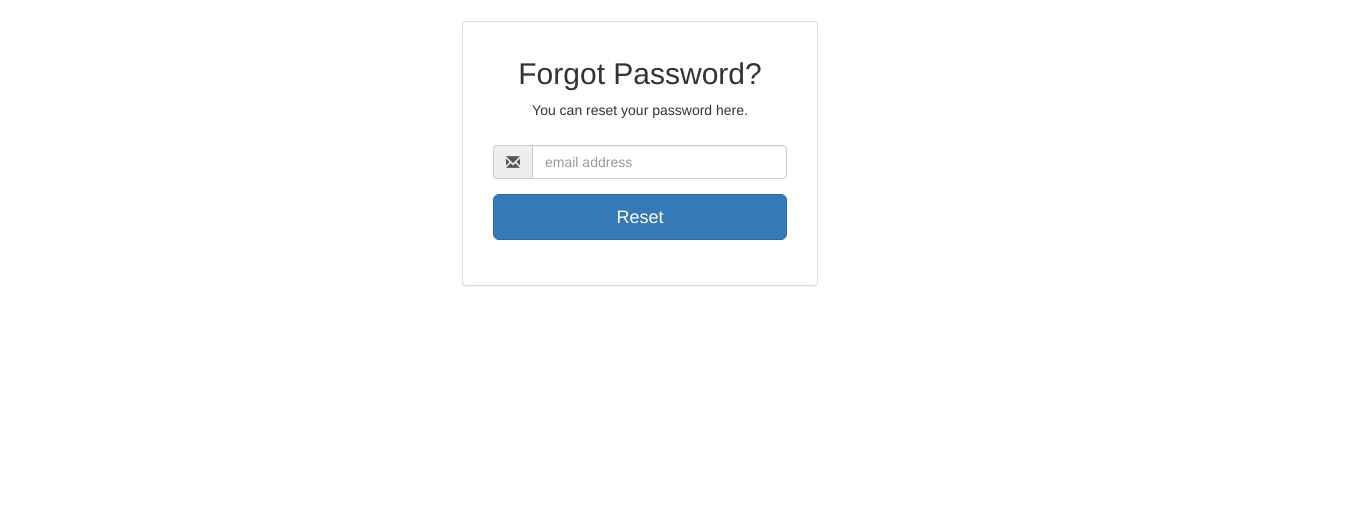
Repository: jayakumar721/projects
Page: TestEngine/WebContent/forgotpassword.html
The author's editor kept a copy of each file at every save. The page is drawn from the files as they stood at one save, then again after the next save.
The browser window is 1280 px wide. The page is 1280 px wide, then 1370 px, so the pictures cover 1370 px, including what lies to the right of the window. The pictures show the whole page.
Some web libraries are served in a nearby version.

Above is the page before, as saved 2017-11-27 07:33:22.

### TestEngine/WebContent/forgotpassword.html
<!DOCTYPE html>
<html>
<head>
<meta charset="UTF-8">
<title>forgotpassword</title>
<link rel="shortcut icon" type="image/gif" href="/home/vamsoft/Desktop/favicon_a0ef8e10e65c71ecbf9bc4a39bd8f741/animated_favicon.gif"/>
<link rel="stylesheet"
	href="https://maxcdn.bootstrapcdn.com/bootstrap/3.3.7/css/bootstrap.min.css">

<!-- jQuery library -->
<script
	src="https://ajax.googleapis.com/ajax/libs/jquery/3.2.1/jquery.min.js"></script>
<script src="vendor/jquery-validation/dist/jquery.validate.min.js"></script>

<!-- Latest compiled JavaScript -->
<script
	src="https://maxcdn.bootstrapcdn.com/bootstrap/3.3.7/js/bootstrap.min.js"></script>
<style type="text/css">
.container {
	padding: 20px;
	border-radius: 10px;
	position: absolute;
	border: 1px solid #fff;
	margin: auto;
	top: 0;
	right: 0;
	bottom: 0;
	left: 0;
}
.form-gap {
    padding-top: 70px;
}
</style>

</head>
<body>
	<div class="form-gap"></div>
	<div class="container">
		<div class="row">
			<div class="col-md-4 col-md-offset-4">
				<div class="panel panel-default">
					<div class="panel-body">
						<div class="text-center">
							<h3>
								<i class="fa fa-lock fa-4x"></i>
							</h3>
							<h2 class="text-center">Forgot Password?</h2>
							<p>You can reset your password here.</p>
							<div class="panel-body">

								<form id="register-form" role="form" autocomplete="off" action="UserValidateServlet"
									class="form" method="post">

									<div class="form-group">
										<div class="input-group">
											<span class="input-group-addon"><i
												class="glyphicon glyphicon-envelope color-blue"></i></span> <input
												id="email" name="email" placeholder="email address"
												class="form-control" type="email">
										</div>
									</div>
									<div class="form-group">
										<input name="recover-submit"
											class="btn btn-lg btn-primary btn-block"
											value="Reset" type="submit">
									</div>

									<input type="hidden" class="hide" name="token" id="token"
										value="forgot">
								</form>

							</div>
						</div>
					</div>
				</div>
			</div>
		</div>
	</div>
</body>
</html>

After the next save:
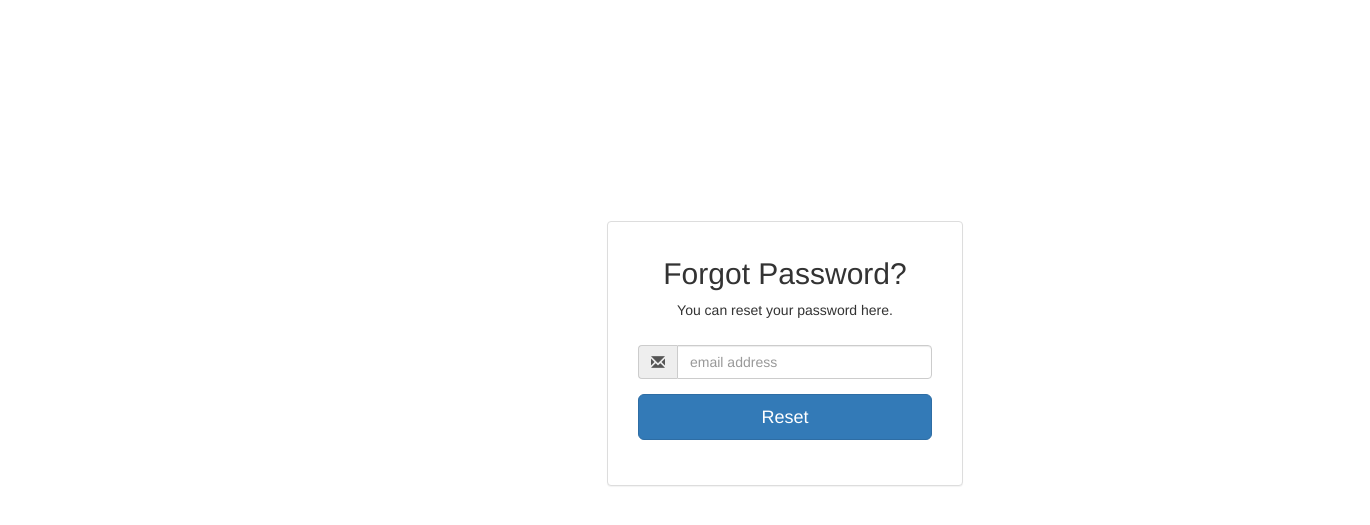
Saved 42 s later.
--- a/TestEngine/WebContent/forgotpassword.html
+++ b/TestEngine/WebContent/forgotpassword.html
@@ -21,7 +21,7 @@
 	border-radius: 10px;
 	position: absolute;
 	border: 1px solid #fff;
-	margin: auto;
+	margin: 200px;
 	top: 0;
 	right: 0;
 	bottom: 0;
